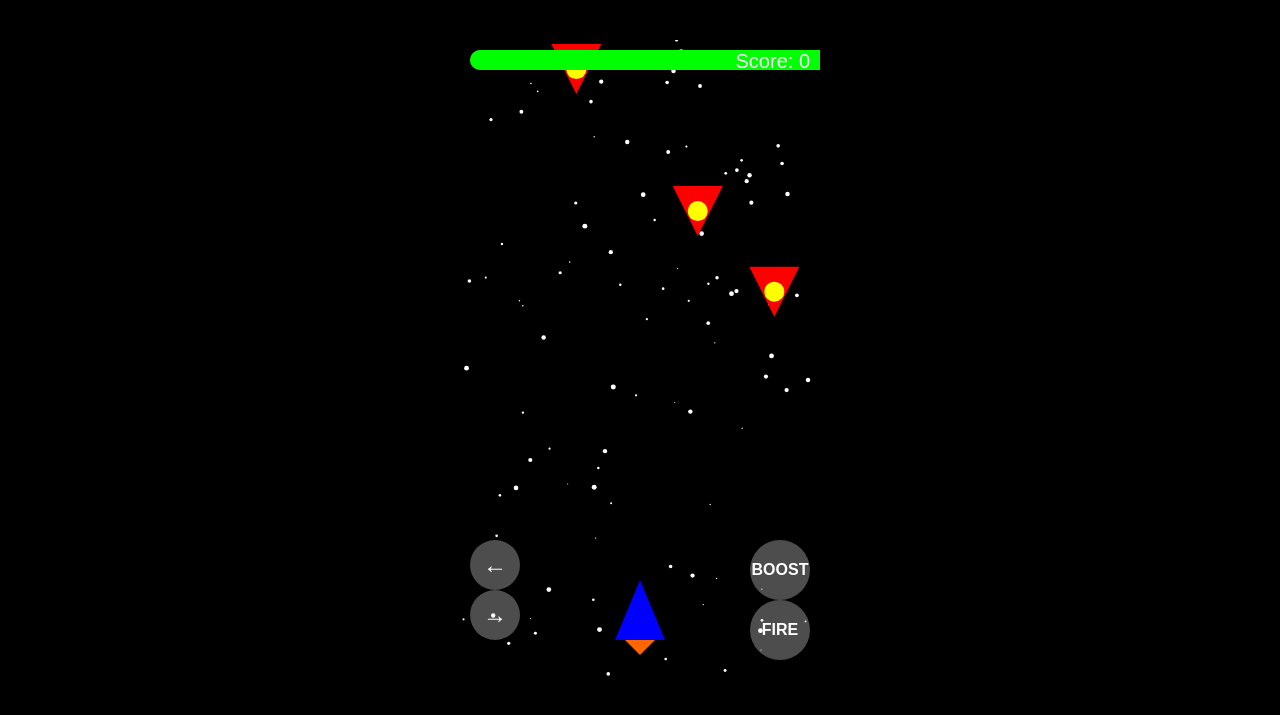
Repository: BiranOrundas/space-shooter
Page: space-shooter.html
The author's editor kept a copy of each file at every save. The page is drawn from the files as they stood at one save, then again after a run of saves.
The browser window is 1280 px wide. The pictures show the whole page.

Above is the page before, as saved 2025-03-13 13:08:11.

### space-shooter.html
<!DOCTYPE html>
<html lang="en">
<head>
  <meta charset="UTF-8">
  <meta name="viewport" content="width=device-width, initial-scale=1.0">
  <title>Space Shooter</title>
  <style>
    body {
      margin: 0;
      overflow: hidden;
      touch-action: none;
      font-family: Arial, sans-serif;
      background-color: #000;
      display: flex;
      justify-content: center;
      align-items: center;
      height: 100vh;
    }

    #game-container {
      position: relative;
      width: 360px;
      height: 640px;
      background-color: #000;
      overflow: hidden;
      touch-action: none;
    }

    #game-canvas {
      width: 100%;
      height: 100%;
    }

    #controls {
      position: absolute;
      bottom: 20px;
      left: 0;
      width: 100%;
      display: flex;
      justify-content: space-between;
      z-index: 10;
    }

    .direction-btn {
      width: 50px;
      height: 50px;
      background-color: rgba(255, 255, 255, 0.3);
      border-radius: 50%;
      display: flex;
      justify-content: center;
      align-items: center;
      color: white;
      font-weight: bold;
      font-size: 24px;
      user-select: none;
      margin: 0 10px;
    }

    .action-btn {
      width: 60px;
      height: 60px;
      background-color: rgba(255, 255, 255, 0.3);
      border-radius: 50%;
      display: flex;
      justify-content: center;
      align-items: center;
      color: white;
      font-weight: bold;
      font-size: 16px;
      user-select: none;
      margin: 0 10px;
    }

    #life-bar-container {
      position: absolute;
      top: 10px;
      left: 10px;
      width: 200px;
      height: 20px;
      background-color: rgba(255, 255, 255, 0.3);
      border-radius: 10px;
    }

    #life-bar {
      height: 100%;
      width: 100%;
      background-color: #0f0;
      border-radius: 10px;
      transition: width 0.3s;
    }

    #score {
      position: absolute;
      top: 10px;
      right: 10px;
      color: white;
      font-size: 20px;
    }

    #game-over {
      position: absolute;
      top: 0;
      left: 0;
      width: 100%;
      height: 100%;
      background-color: rgba(0, 0, 0, 0.8);
      display: none;
      flex-direction: column;
      justify-content: center;
      align-items: center;
      color: white;
      font-size: 30px;
      z-index: 20;
    }

    #restart-btn {
      margin-top: 20px;
      padding: 10px 20px;
      background-color: #0f0;
      color: black;
      border: none;
      border-radius: 5px;
      font-size: 18px;
      cursor: pointer;
    }

    .star {
      position: absolute;
      background-color: white;
      border-radius: 50%;
    }
  </style>
</head>
<body>
  <div id="game-container">
    <div id="life-bar-container">
      <div id="life-bar"></div>
    </div>
    <div id="score">Score: 0</div>
    <canvas id="game-canvas"></canvas>

    <div id="controls">
      <div id="movement-controls">
        <div class="direction-btn" id="left-btn">←</div>
        <div class="direction-btn" id="right-btn">→</div>
      </div>
      <div id="action-controls">
        <div class="action-btn" id="boost-btn">BOOST</div>
        <div class="action-btn" id="shoot-btn">FIRE</div>
      </div>
    </div>

    <div id="game-over">
      <div>GAME OVER</div>
      <div id="final-score">Score: 0</div>
      <button id="restart-btn">Restart</button>
    </div>
  </div>

  <script>
    // Game setup
    const canvas = document.getElementById('game-canvas');
    const ctx = canvas.getContext('2d');

    // Set canvas dimensions to match container
    const container = document.getElementById('game-container');
    canvas.width = container.clientWidth;
    canvas.height = container.clientHeight;

    // Game variables
    let score = 0;
    let gameOver = false;
    let animationId;

    // Player variables
    const player = {
      x: canvas.width / 2 - 25,
      y: canvas.height - 100,
      width: 50,
      height: 60,
      speed: 5,
      boostedSpeed: 10,
      isBoosting: false,
      life: 500,
      color: '#00f',
      cooldown: 0,
      lastShot: 0
    };

    // Game elements arrays
    const bullets = [];
    const enemies = [];
    const stars = [];

    // Control variables
    let leftPressed = false;
    let rightPressed = false;
    let shootPressed = false;
    let boostPressed = false;

    // Generate stars for background
    function createStars() {
      const starCount = 100;
      for (let i = 0; i < starCount; i++) {
        stars.push({
          x: Math.random() * canvas.width,
          y: Math.random() * canvas.height,
          size: Math.random() * 2 + 0.5,
          speed: Math.random() * 2 + 2.9
        });
      }
    }

    // Draw player's spaceship
    function drawPlayer() {
      // Draw player ship
      ctx.fillStyle = player.color;

      // Ship body
      ctx.beginPath();
      ctx.moveTo(player.x + player.width / 2, player.y);
      ctx.lineTo(player.x + player.width, player.y + player.height);
      ctx.lineTo(player.x, player.y + player.height);
      ctx.closePath();
      ctx.fill();

      // Engine flames
      if (player.isBoosting) {
        ctx.fillStyle = '#ff0';
      } else {
        ctx.fillStyle = '#f60';
      }

      const flameHeight = player.isBoosting ? 30 : 15;
      ctx.beginPath();
      ctx.moveTo(player.x + 10, player.y + player.height);
      ctx.lineTo(player.x + player.width / 2, player.y + player.height + flameHeight);
      ctx.lineTo(player.x + player.width - 10, player.y + player.height);
      ctx.closePath();
      ctx.fill();
    }

    // Create a bullet
    function shootBullet() {
      const now = Date.now();
      if (now - player.lastShot > 300) { // Cooldown in ms
        bullets.push({
          x: player.x + player.width / 2 - 3,
          y: player.y,
          width: 1,
          height: 15,
          speed: 10,
          color: '#f00'
        });
        player.lastShot = now;
      }
    }

    // Draw bullets
    function drawBullets() {
      bullets.forEach(bullet => {
        ctx.fillStyle = bullet.color;
        ctx.fillRect(bullet.x, bullet.y, bullet.width, bullet.height);
      });
    }

    // Create enemy ships
    function spawnEnemy() {
      if (Math.random() < 0.02 && !gameOver) {
        enemies.push({
          x: Math.random() * (canvas.width - 50),
          y: -50,
          width: 50,
          height: 50,
          speed: Math.random() * 2 + 1
        });
      }
    }

    // Draw enemy ships
    function drawEnemies() {
      enemies.forEach(enemy => {
        // Enemy ship body
        ctx.fillStyle = '#f00';
        ctx.beginPath();
        ctx.moveTo(enemy.x + enemy.width / 2, enemy.y + enemy.height);
        ctx.lineTo(enemy.x + enemy.width, enemy.y);
        ctx.lineTo(enemy.x, enemy.y);
        ctx.closePath();
        ctx.fill();

        // Enemy details
        ctx.fillStyle = '#ff0';
        ctx.beginPath();
        ctx.arc(enemy.x + enemy.width / 2, enemy.y + enemy.height / 2, 10, 0, Math.PI * 2);
        ctx.fill();
      });
    }

    // Draw stars background
    function drawStars() {
      ctx.fillStyle = 'white';
      stars.forEach(star => {
        ctx.beginPath();
        ctx.arc(star.x, star.y, star.size, 0, Math.PI * 2);
        ctx.fill();
      });
    }

    // Update star positions
    function updateStars() {
      stars.forEach(star => {
        star.y += star.speed;
        if (star.y > canvas.height) {
          star.y = 0;
          star.x = Math.random() * canvas.width;
        }
      });
    }

    // Update game elements
    function updateGameElements() {
      // Update player position
      if (leftPressed && player.x > 0) {
        player.x -= player.isBoosting ? player.boostedSpeed : player.speed;
      }
      if (rightPressed && player.x < canvas.width - player.width) {
        player.x += player.isBoosting ? player.boostedSpeed : player.speed;
      }

      // Update bullets
      for (let i = 0; i < bullets.length; i++) {
        bullets[i].y -= bullets[i].speed;

        // Remove bullets that are off screen
        if (bullets[i].y < 0) {
          bullets.splice(i, 1);
          i--;
        }
      }

      // Update enemies
      for (let i = 0; i < enemies.length; i++) {
        enemies[i].y += enemies[i].speed;

        // Check for collision with player
        if (
          player.x < enemies[i].x + enemies[i].width &&
          player.x + player.width > enemies[i].x &&
          player.y < enemies[i].y + enemies[i].height &&
          player.y + player.height > enemies[i].y
        ) {
          // Player hit by enemy
          player.life -= 30;
          updateLifeBar();

          // Remove enemy
          enemies.splice(i, 1);
          i--;

          // Check game over
          if (player.life <= 0) {
            endGame();
          }

          continue;
        }

        // Check for bullets hitting enemies
        for (let j = 0; j < bullets.length; j++) {
          if (
            bullets[j].x < enemies[i].x + enemies[i].width &&
            bullets[j].x + bullets[j].width > enemies[i].x &&
            bullets[j].y < enemies[i].y + enemies[i].height &&
            bullets[j].y + bullets[j].height > enemies[i].y
          ) {
            // Enemy hit by bullet
            score += 10;
            updateScore();

            // Remove enemy and bullet
            enemies.splice(i, 1);
            bullets.splice(j, 1);
            i--;
            break;
          }
        }

        // Remove enemies that are off screen
        if (enemies[i] && enemies[i].y > canvas.height) {
          enemies.splice(i, 1);
          i--;
        }
      }
    }

    // Update life bar
    function updateLifeBar() {
      const lifeBar = document.getElementById('life-bar');
      lifeBar.style.width = `${player.life}%`;

      // Change color based on life
      if (player.life > 60) {
        lifeBar.style.backgroundColor = '#0f0';
      } else if (player.life > 30) {
        lifeBar.style.backgroundColor = '#ff0';
      } else {
        lifeBar.style.backgroundColor = '#f00';
      }
    }

    // Update score display
    function updateScore() {
      document.getElementById('score').textContent = `Score: ${score}`;
    }

    // Game over
    function endGame() {
      gameOver = true;
      document.getElementById('game-over').style.display = 'flex';
      document.getElementById('final-score').textContent = `Score: ${score}`;
      cancelAnimationFrame(animationId);
    }

    // Main game loop
    function gameLoop() {
      // Clear canvas
      ctx.fillStyle = '#000';
      ctx.fillRect(0, 0, canvas.width, canvas.height);

      // Draw stars
      drawStars();
      updateStars();

      // Spawn enemies
      spawnEnemy();

      // Update game elements
      updateGameElements();

      // Fire bullet if shoot button is pressed
      if (shootPressed) {
        shootBullet();
      }

      // Draw game elements
      drawPlayer();
      drawBullets();
      drawEnemies();

      // Continue game loop
      if (!gameOver) {
        animationId = requestAnimationFrame(gameLoop);
      }
    }

    // Event listeners for keyboard controls
    document.addEventListener('keydown', (e) => {
      if (e.key === 'ArrowLeft' || e.key === 'a') leftPressed = true;
      if (e.key === 'ArrowRight' || e.key === 'd') rightPressed = true;
      if (e.key === ' ' || e.key === 'Enter') shootPressed = true;
      if (e.key === 'Shift') {
        boostPressed = true;
        player.isBoosting = true;
      }
    });

    document.addEventListener('keyup', (e) => {
      if (e.key === 'ArrowLeft' || e.key === 'a') leftPressed = false;
      if (e.key === 'ArrowRight' || e.key === 'd') rightPressed = false;
      if (e.key === ' ' || e.key === 'Enter') shootPressed = false;
      if (e.key === 'Shift') {
        boostPressed = false;
        player.isBoosting = false;
      }
    });

    // Touch controls
    const leftBtn = document.getElementById('left-btn');
    const rightBtn = document.getElementById('right-btn');
    const shootBtn = document.getElementById('shoot-btn');
    const boostBtn = document.getElementById('boost-btn');

    leftBtn.addEventListener('touchstart', (e) => {
      e.preventDefault();
      leftPressed = true;
    });

    leftBtn.addEventListener('touchend', (e) => {
      e.preventDefault();
      leftPressed = false;
    });

    rightBtn.addEventListener('touchstart', (e) => {
      e.preventDefault();
      rightPressed = true;
    });

    rightBtn.addEventListener('touchend', (e) => {
      e.preventDefault();
      rightPressed = false;
    });

    shootBtn.addEventListener('touchstart', (e) => {
      e.preventDefault();
      shootPressed = true;
    });

    shootBtn.addEventListener('touchend', (e) => {
      e.preventDefault();
      shootPressed = false;
    });

    boostBtn.addEventListener('touchstart', (e) => {
      e.preventDefault();
      boostPressed = true;
      player.isBoosting = true;
    });

    boostBtn.addEventListener('touchend', (e) => {
      e.preventDefault();
      boostPressed = false;
      player.isBoosting = false;
    });

    // Mouse controls (for testing on desktop)
    leftBtn.addEventListener('mousedown', () => {
      leftPressed = true;
    });

    leftBtn.addEventListener('mouseup', () => {
      leftPressed = false;
    });

    rightBtn.addEventListener('mousedown', () => {
      rightPressed = true;
    });

    rightBtn.addEventListener('mouseup', () => {
      rightPressed = false;
    });

    shootBtn.addEventListener('mousedown', () => {
      shootPressed = true;
    });

    shootBtn.addEventListener('mouseup', () => {
      shootPressed = false;
    });

    boostBtn.addEventListener('mousedown', () => {
      boostPressed = true;
      player.isBoosting = true;
    });

    boostBtn.addEventListener('mouseup', () => {
      boostPressed = false;
      player.isBoosting = false;
    });

    // Restart game
    document.getElementById('restart-btn').addEventListener('click', () => {
      // Reset game state
      score = 0;
      gameOver = false;
      player.life = 100;
      player.x = canvas.width / 2 - 25;
      player.y = canvas.height - 100;
      player.isBoosting = false;

      // Clear arrays
      bullets.length = 0;
      enemies.length = 0;

      // Update UI
      updateScore();
      updateLifeBar();

      // Hide game over screen
      document.getElementById('game-over').style.display = 'none';

      // Start game loop
      gameLoop();
    });

    // Initialize game
    function initGame() {
      createStars();
      updateLifeBar();
      gameLoop();
    }

    // Start the game
    window.addEventListener('load', initGame);
  </script>
</body>
</html>

After the next 3 saves:
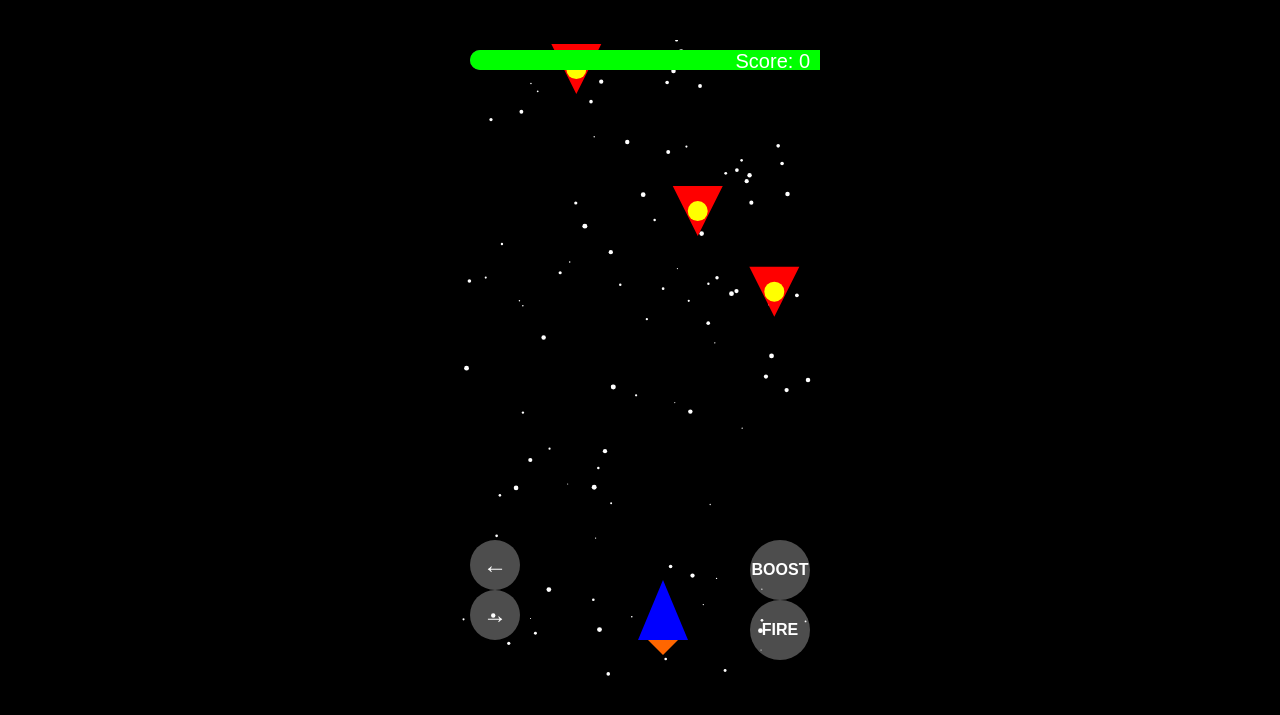
The 3 saves are shown as one change because they came seconds apart.
The last was saved 12 s later.
--- a/space-shooter.html
+++ b/space-shooter.html
@@ -174,7 +174,7 @@
 
     // Player variables
     const player = {
-      x: canvas.width / 2 - 25,
+      x: canvas.width / 2 - 2,
       y: canvas.height - 100,
       width: 50,
       height: 60,

After the save that followed:
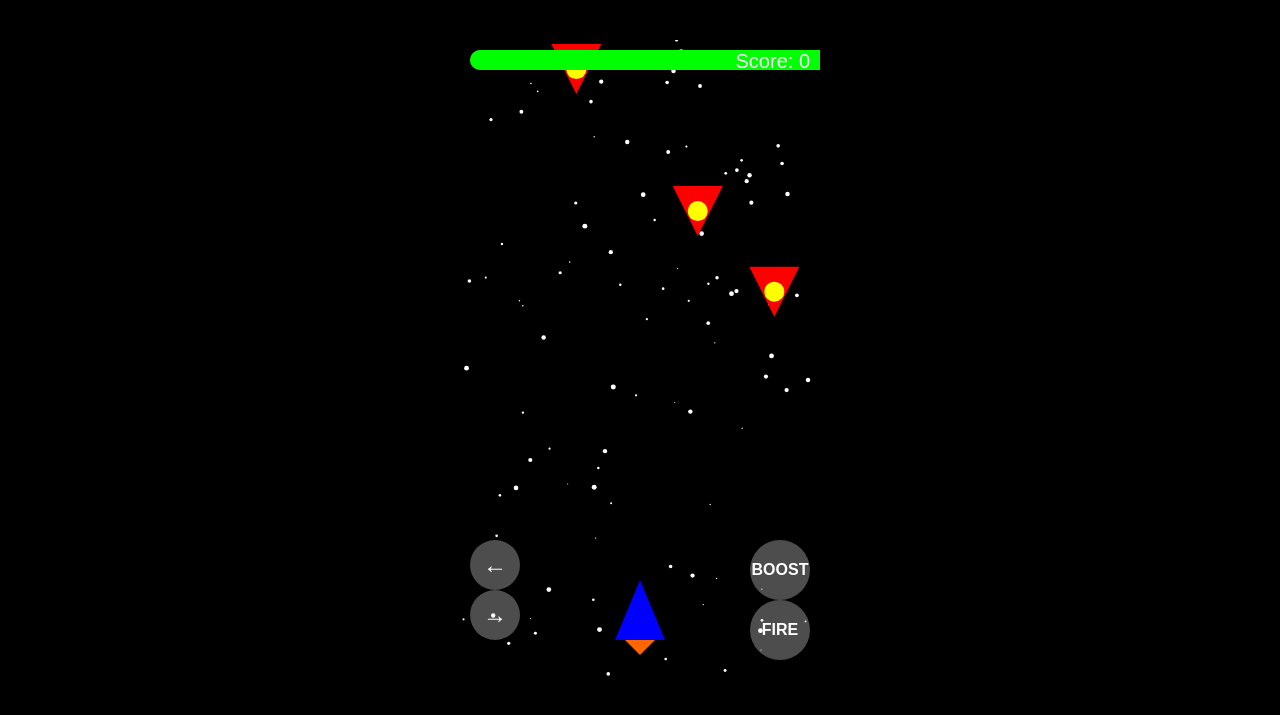
Saved 4 s later.
--- a/space-shooter.html
+++ b/space-shooter.html
@@ -174,7 +174,7 @@
 
     // Player variables
     const player = {
-      x: canvas.width / 2 - 2,
+      x: canvas.width / 2 - 25,
       y: canvas.height - 100,
       width: 50,
       height: 60,
